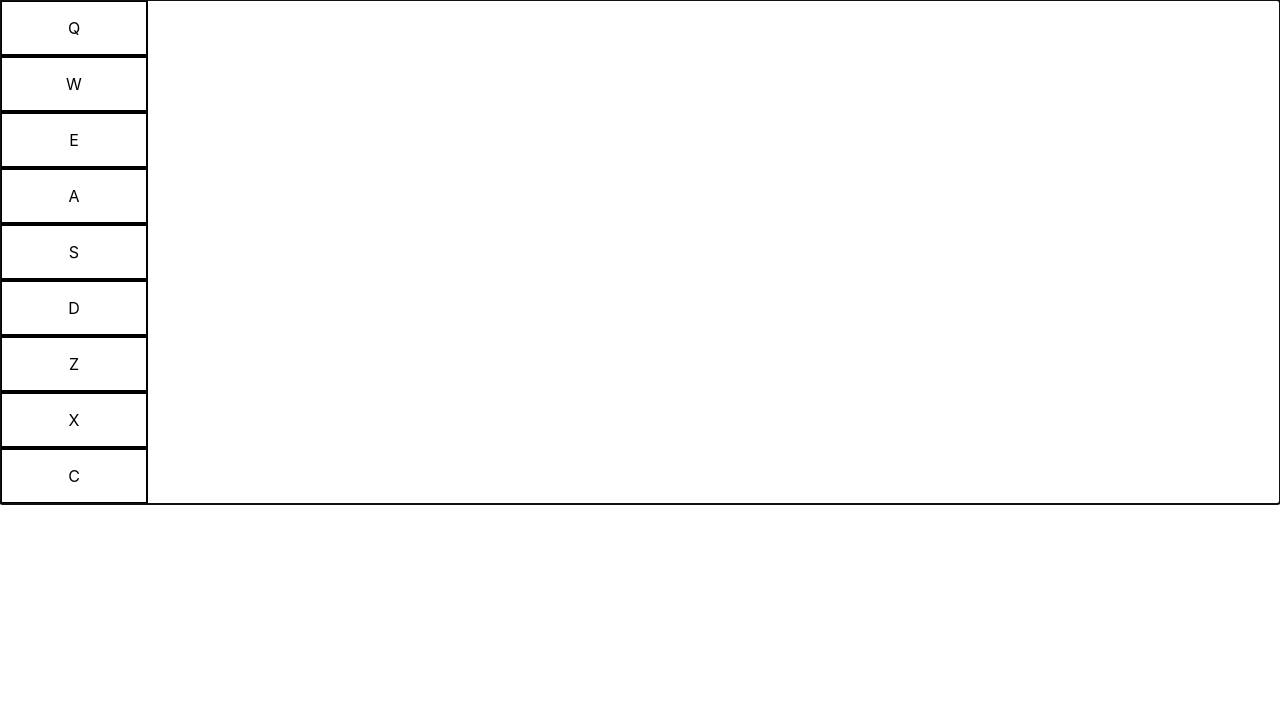
Repository: milac0/drum-machine
Page: /
These files come from the project's save history. The page is drawn as it stood at one moment and after the next save; the edit follows.
The browser window is 1280 px wide. The pictures show the whole page.
The project was rebuilt for these pictures with package versions that can differ from the ones it lists, and the page was loaded fresh each time.

Above is the page before, as saved 2019-10-25 17:20:47.

### public/index.html
<!DOCTYPE html>
<html lang="en">
  <head>
    <meta charset="utf-8" />
    <link rel="shortcut icon" href="%PUBLIC_URL%/favicon.ico" />
    <meta name="viewport" content="width=device-width, initial-scale=1" />
    <meta name="theme-color" content="#000000" />
    <!--
      manifest.json provides metadata used when your web app is installed on a
      user's mobile device or desktop. See https://developers.google.com/web/fundamentals/web-app-manifest/
    -->
    <link rel="manifest" href="%PUBLIC_URL%/manifest.json" />
    <!--
      Notice the use of %PUBLIC_URL% in the tags above.
      It will be replaced with the URL of the `public` folder during the build.
      Only files inside the `public` folder can be referenced from the HTML.

      Unlike "/favicon.ico" or "favicon.ico", "%PUBLIC_URL%/favicon.ico" will
      work correctly both with client-side routing and a non-root public URL.
      Learn how to configure a non-root public URL by running `npm run build`.
    -->
    <title>Drum Machine</title>
  </head>
  <body>
    <noscript>You need to enable JavaScript to run this app.</noscript>
    <div id="root"></div>
    <!--
      This HTML file is a template.
      If you open it directly in the browser, you will see an empty page.

      You can add webfonts, meta tags, or analytics to this file.
      The build step will place the bundled scripts into the <body> tag.

      To begin the development, run `npm start` or `yarn start`.
      To create a production bundle, use `npm run build` or `yarn build`.
    -->
    <script src="https://cdn.freecodecamp.org/testable-projects-fcc/v1/bundle.js"></script>
  </body>
</html>

### src/index.css
html {
  height: 100%;
}

body {
  margin: 0;
  padding: 0;
  height: 100%;
  min-height: 100%;
  width: 100%;
  font-family: -apple-system, BlinkMacSystemFont, "Segoe UI", "Roboto", "Oxygen",
    "Ubuntu", "Cantarell", "Fira Sans", "Droid Sans", "Helvetica Neue",
    sans-serif;
  -webkit-font-smoothing: antialiased;
  -moz-osx-font-smoothing: grayscale;
}
#root{
  height: 100%;
}
code {
  font-family: source-code-pro, Menlo, Monaco, Consolas, "Courier New",
    monospace;
}

### src/App.js
import React, { Fragment } from "react";
import "./App.css";
import DrumPad from "./Components/DrumPad";

class App extends React.Component {
  constructor(props) {
    super(props);
    this.references = {};
    this.state = { display: "" };
    this.keyPressRef = React.createRef();
    this.handleClick = this.handleClick.bind(this);
    this.handleKeyDown = this.handleKeyDown.bind(this);
    this.getOrCreateRef = this.getOrCreateRef.bind(this);
    this.setDisplay = this.setDisplay.bind(this);
  }

  componentDidMount() {
    this.keyPressRef.current.focus();
  }

  handleClick = id => {
    // console.log(this.references[id].current);
    this.references[id].current.play();
    this.references[id].current.currentTime = 0;
    this.setDisplay(id);
  };

  handleKeyDown = e => {
    if (this.references.hasOwnProperty(e.key.toUpperCase())) {
      this.references[e.key.toUpperCase()].current.play();
      this.references[e.key.toUpperCase()].current.currentTime = 0;
    }
    this.setDisplay(e.key.toUpperCase());
  };

  setDisplay(id) {
    let display;
    try {
      display = drums.filter(elem => elem.id === id)[0].text;
    } catch {
      display = this.state.display;
    }
    console.log(display);
    this.setState({ display });
  }

  getOrCreateRef(id) {
    if (!this.references.hasOwnProperty(id)) {
      return (this.references[id] = React.createRef());
    } else return this.references[id];
  }

  render() {
    return (
      <Fragment>
      <div
        id="drum-machine"
        ref={this.keyPressRef}
        onKeyDown={this.handleKeyDown}
        tabIndex="0"
      >


        {/* <div id="drum-pads"> */}
          {drums.map((elem, i) => (
            <DrumPad
              name={elem.text}
              ref={this.getOrCreateRef(elem.id)}
              clickHandler={this.handleClick}
              id={elem.id}
              src={elem.src}
              key={i}
            />
          ))}
        {/* </div> */}
      </div>
      <p id="display">{this.state.display}</p>
      </Fragment>
    );
  }
}

const drums = [
  {
    id: "Q",
    text: "hit the nail",
    src:
      "https://sampleswap.org/samples-ghost/DRUMS%20(SINGLE%20HITS)/Kicks/16[kb]808bd.aif.mp3"
  },
  {
    id: "W",
    text: "badong",
    src:
      "https://sampleswap.org/samples-ghost/DRUMS%20(SINGLE%20HITS)/Kicks/152[kb]808bd3.aif.mp3"
  },
  {
    id: "E",
    text: "stop kick",
    src:
      "https://sampleswap.org/samples-ghost/DRUMS%20(SINGLE%20HITS)/Kicks/15[kb]808bd2.aif.mp3"
  },
  {
    id: "A",
    text: "pang",
    src:
      "https://sampleswap.org/samples-ghost/DRUMS%20(SINGLE%20HITS)/Kicks/152[kb]808distbd.aif.mp3"
  },
  {
    id: "S",
    text: "boing",
    src:
      "https://sampleswap.org/samples-ghost/DRUMS%20(SINGLE%20HITS)/Kicks/67[kb]808sub.aif.mp3"
  },
  {
    id: "D",
    text: "absolute insane kikdrum",
    src:
      "https://sampleswap.org/samples-ghost/DRUMS%20(SINGLE%20HITS)/Kicks/69[kb]absolutely-insane-kikdrum.wav.mp3"
  },
  {
    id: "Z",
    text: "absurdistan kick",
    src:
      "https://sampleswap.org/samples-ghost/DRUMS%20(SINGLE%20HITS)/Kicks/34[kb]absurdistan-kick.wav.mp3"
  },
  {
    id: "X",
    text: "backwards in crash",
    src:
      "https://sampleswap.org/samples-ghost/DRUMS%20(SINGLE%20HITS)/Gongs%20and%20Super%20Crashes/61[kb]backwards-in-crash.aif.mp3"
  },
  {
    id: "C",
    text: "cymbals",
    src:
      "https://sampleswap.org/samples-ghost/DRUMS%20(SINGLE%20HITS)/Cymbals/100[kb]curiouscym1.aif.mp3"
  }
];

export default App;

### src/App.css
/* #drum-pads {
  max-width: 40%;
  height: auto;
  margin: 0 auto;
  padding: 10px;
  position: relative;
  margin: 0 auto;
  align-self: auto;
  display: inline-grid;
} */

.drum-machine {
  display: grid;
}

.drum-pad {
  max-width: 80px;
  height: auto;
  padding: 1em 2em;
  border: 2px solid black;
  text-align: center;
}

/* #display {
  margin: 0 auto;
  height: 30px;
  width: 200px;
  padding: 10px;
  background: #FDC8C8;
  text-align: center;
}

.drum-pad {
  width: 240px;
  text-align: center;
  border: 1px solid black;
  padding: 1rem 1.5rem;
}

#W {
  grid-column-start: 2;
  grid-column-end: 3;
}

#E {
  grid-column-start: 3;
  grid-column-end: 4;
}

.drum-pad:hover {
  cursor: pointer;
} */

### src/Components/DrumPad.js
import React from "react";

const DrumPad = React.forwardRef((props, ref) => (
  <div
    className="drum-pad"
    id={props.id}
    onClick={() => props.clickHandler(props.id)}
    text={props.name}
  >
    {props.id}
    <audio ref={ref} src={props.src} className="clip" id={props.id}></audio>
  </div>
));

export default DrumPad;

Loaded but not shown: src/index.js (common file)

After the next save:
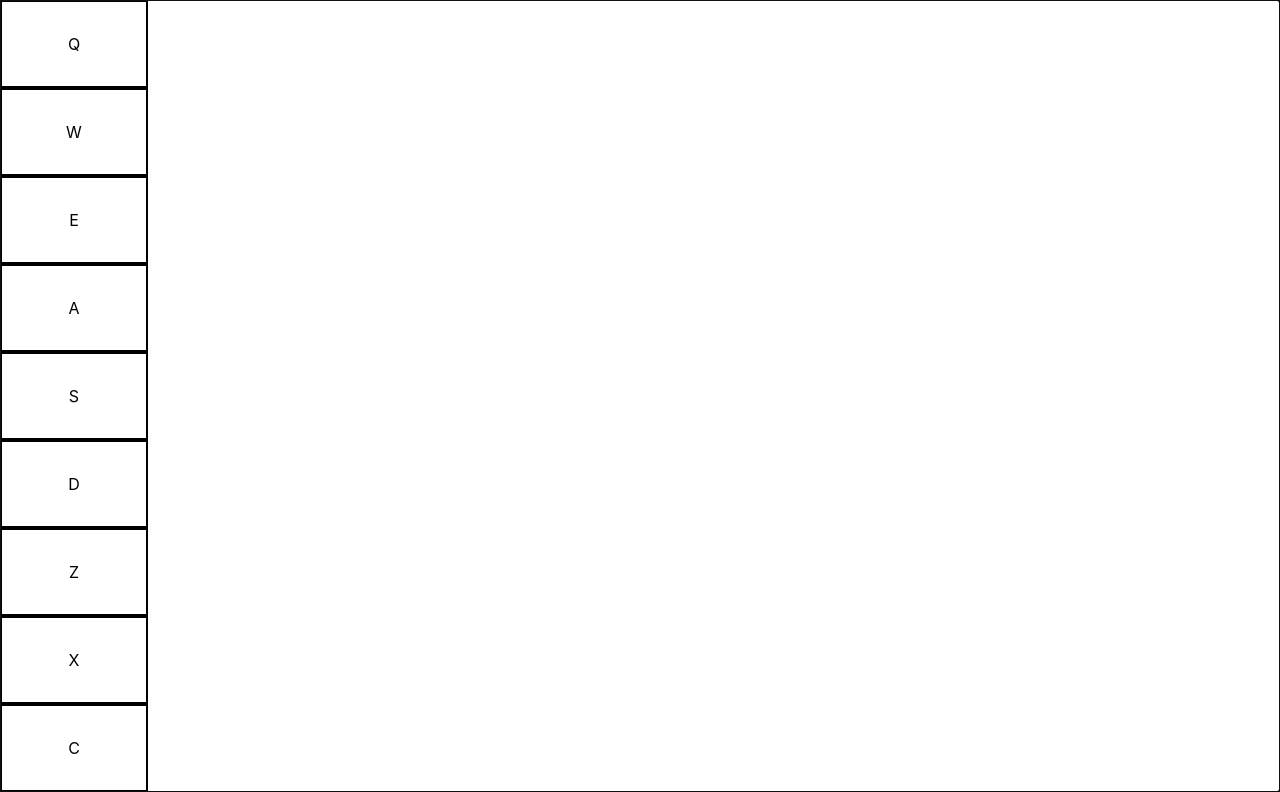
Saved 13 s later.
--- a/src/Components/DrumPad.js
+++ b/src/Components/DrumPad.js
@@ -7,7 +7,7 @@ const DrumPad = React.forwardRef((props, ref) => (
     onClick={() => props.clickHandler(props.id)}
     text={props.name}
   >
-    {props.id}
+    <p>{props.id}</p>
     <audio ref={ref} src={props.src} className="clip" id={props.id}></audio>
   </div>
 ));
